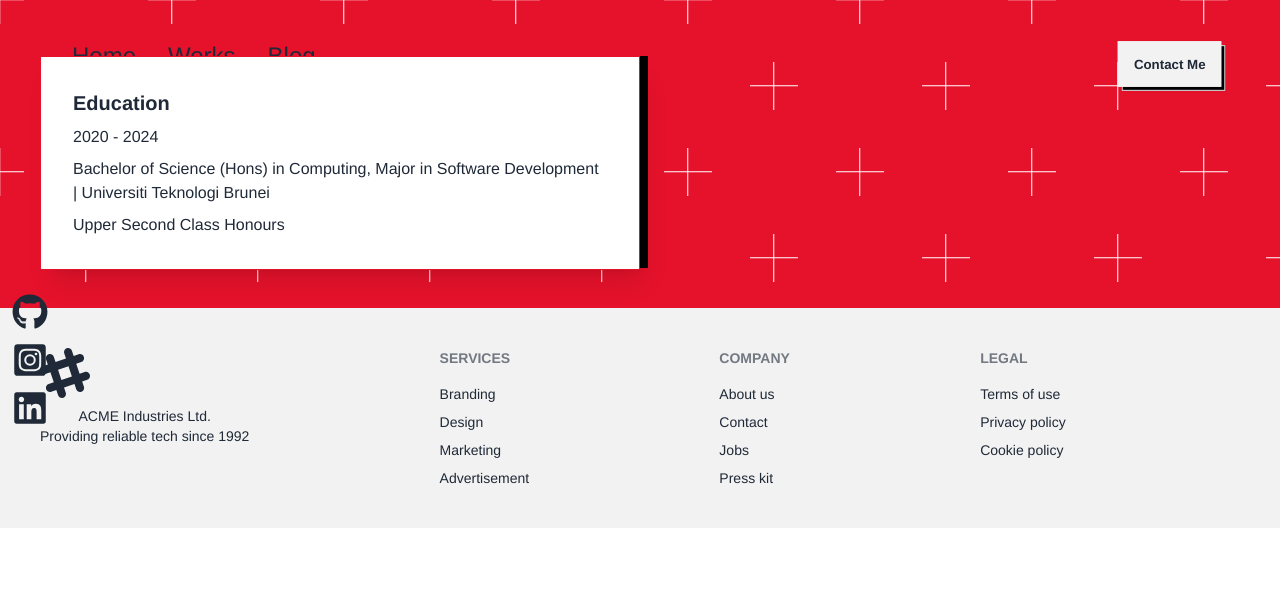
Repository: Ech026/echo-portfolio
Page: /echo-portfolio/my-work/echo-bike-app
An editor plug-in stored every save of this project. The page is shown before and after a run of saves, followed by the edit.
The browser window is 1280 px wide. The pictures show the whole page.
The project was rebuilt for these pictures with package versions that can differ from the ones it lists, and the page was loaded fresh each time. Also part of the build but not shown: vite.config.js, src/components/hero.jsx, src/components/main.jsx, src/components/project.jsx, src/components/works.jsx.

Above is the page before, as saved 2024-10-14 19:28:48.

After the next 2 saves:
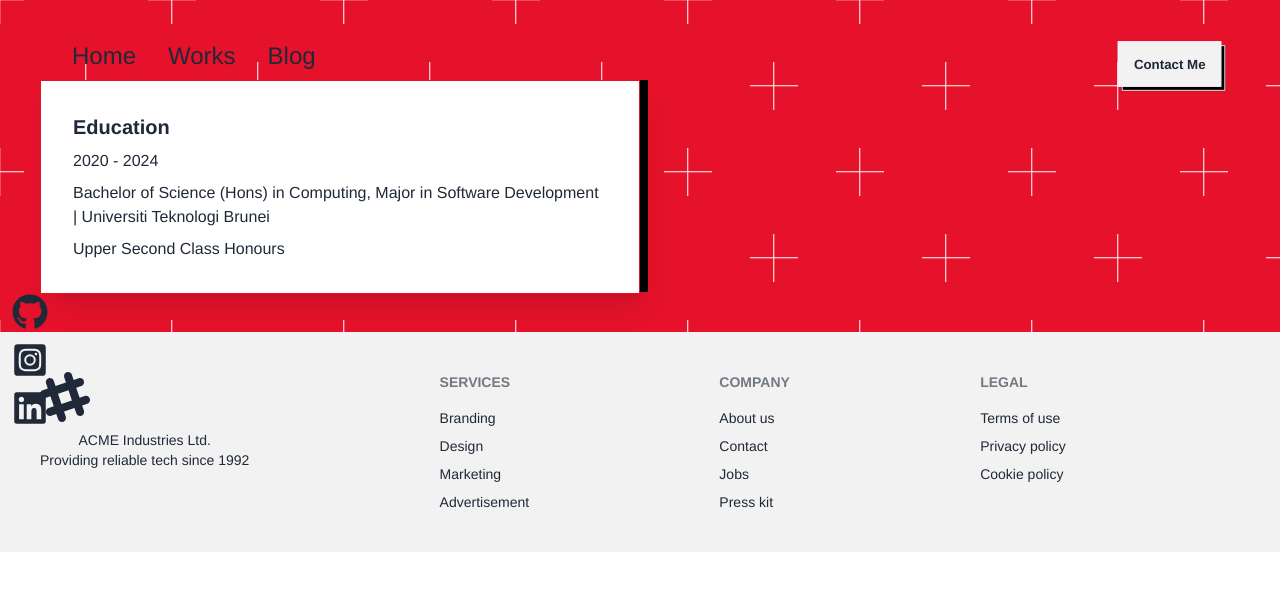
The 2 saves are shown as one change because they came seconds apart.
The last was saved 7 s later.
--- a/src/components/finalyearproj.jsx
+++ b/src/components/finalyearproj.jsx
@@ -9,7 +9,7 @@
     <Sidebar/>
     <Nav/>
 
-    <div className='m-10'>
+    <div className='m-10 mt-16'>
                 <div className=" z-20 card w-[600px] bg-white border border-[#e6122b] rounded-none absolute">
                   <div className="card-body">
                     <h2 className="card-title">Education</h2>
